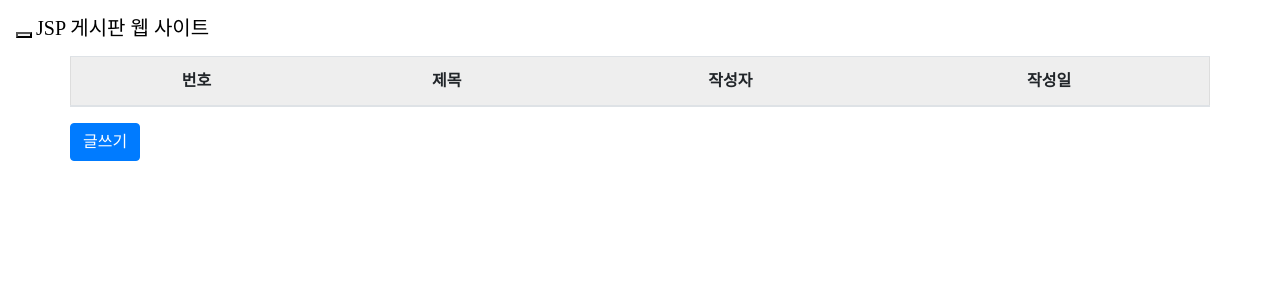
Repository: hz6450/2024-summer-jsp-notice-project
Page: http://localhost/BBS/BBS.jsp
These files come from the project's save history. The page is drawn as it stood at one moment and after the next save; the edit follows.
The browser window is 1280 px wide. The pictures show the whole page.
Some web fonts or font styles are not loaded; a fallback is used. Some web libraries are served in a nearby version. The page is served by Tomcat 10. Other server files are loaded and not shown. Queries for data that is not in the repository find no rows.

Above is the page before, as saved 2024-07-12 07:45:27.

### projects/BBS/src/main/webapp/BBS.jsp
<%@ page language="java" contentType="text/html; charset=UTF-8"
	pageEncoding="UTF-8"%>
<%@ page import="java.io.PrintWriter"%>
<%@ page import="bbs.BbsDAO"%>
<%@ page import="bbs.Bbs"%>
<%@ page import="java.util.ArrayList"%>
<!DOCTYPE html>
<html>

<head>
<meta charset="UTF-8">
<meta name="viewport" content="width=device-width" initial-scale="1">
<link rel="stylesheet" href="css/bootstrap.css">
<link rel="stylesheet" href="css/custom.css">
<title>jsp 게시판 웹 사이트</title>
<style type="text/css">
	a, a:hover{
	color:#000000;
	text-decoration: none;
	}
</style>
</head>

<body>
	<%
	String userID = null;
	if (session.getAttribute("userID") != null) {
		userID = (String) session.getAttribute("userID");

	}
	int pageNumber = 1;
	if (request.getParameter("pageNumber") != null) {
		pageNumber = Integer.parseInt(request.getParameter("pageNumber"));
	}
	%>
	<nav class="navbar navbar-default">
		<div class="navbar-header">
			<button type="button" class="navbar-toggle" data-toggle="collapse"
				data-target="#bs-example-navbar-collapse-1" aria-expanded="false">
				<span class="icon-bar"></span> <span class="icon-bar"></span> <span
					class="icon-bar"></span>
			</button>
			<a class="navbar-brand" href="main.jsp">JSP 게시판 웹 사이트</a>
		</div>
		<div class="collapse navbar-collapse"
			id="bs-example-navbar-collapse-1">
			<ul class="nav navbar-nav">
				<li><a href="main.jsp">메인</a></li>
				<li class="active"><a href="BBS.jsp">게시판</a></li>
			</ul>
		</nav>
			<div class="container">
				<div class="row">
					<table class="table table-striped"
						style="text-align: center; border: 1px solid #dddddd;">
						<thead>
							<tr id="table-head">
								<th style="background-color: #eeeeee; text-align: center;">번호</th>
								<th style="background-color: #eeeeee; text-align: center;">제목</th>
								<th style="background-color: #eeeeee; text-align: center;">작성자</th>
								<th style="background-color: #eeeeee; text-align: center;">작성일</th>
							</tr>
						</thead>
						<tbody>
							<%
							BbsDAO bbsDAO = new BbsDAO();
							ArrayList<Bbs> list = bbsDAO.getList(pageNumber);
							for (int i = 0; i < list.size(); i++) {
							%>
							<tr>
								<td><%= list.get(i).getBbsId() %></td>
								<td><a href="view.jsp?bbsID=<%=list.get(i).getBbsId()%>">
										<%= list.get(i).getBbsTitle() %></a></td>
								<td><%= list.get(i).getUserID() %></td>
								<td><%= list.get(i).getBbsDate().substring(0, 11) + list.get(i).getBbsDate().substring(11, 13) + "시" + list.get(i).getBbsDate().substring(14, 16) + "분" %></td>
							</tr>
						</tbody>
						<%
						}
						%>

					</table>
					<%
						if(pageNumber != 1){
							%>
					<a href="BBS.jsp?pageNumber=<%=pageNumber -1 %>" class="btn btn-success btn-arrow-left">이전</a>

					<%
						}if(bbsDAO.nextPage(pageNumber + 1)){
							%>
					<a href="BBS.jsp?pageNumber=<%=pageNumber +1 %>" class="btn btn-success btn-arrow-left">다음</a>
					<%
						}
					%>
					<a href="write.jsp" class="btn btn-primary pull-right">글쓰기</a>
				</div>
			</div>

		</div>



	<script src="https://code.jquery.com/jquery-3.1.1.min.js"></script>
	<script src="js/bootstrap.js"></script>

</body>

</html>

### projects/BBS/src/main/java/bbs/BbsDAO.java
package bbs;

import java.sql.Connection;
import java.sql.DriverManager;
import java.sql.PreparedStatement;
import java.sql.ResultSet;
import java.util.ArrayList;

public class BbsDAO {

	private Connection conn;
	private ResultSet rs;

	public BbsDAO() {
		try {
			String dbURL = "jdbc:mysql://localhost:3306/BBS";
			String dbID = "root";
			String dbPassword = "6450";
			Class.forName("com.mysql.jdbc.Driver");
			conn = DriverManager.getConnection(dbURL, dbID, dbPassword);
		} catch (Exception e) {
			e.printStackTrace();
		}
	}

	public String getDate() {
		String SQL = "SELECT NOW()";
		try {
			PreparedStatement pstmt = conn.prepareStatement(SQL);
			rs = pstmt.executeQuery();
			if (rs.next()) {
				return rs.getString(1);
			}
		} catch (Exception e) {
			e.printStackTrace();
		}
		return "";
	}

	public int getNext() {
		String SQL = "SELECT bbsID FROM BBS ORDER BY bbsID DESC";
		try {
			PreparedStatement pstmt = conn.prepareStatement(SQL);
			rs = pstmt.executeQuery();
			if (rs.next()) {
				return rs.getInt(1) + 1;
			}
		} catch (Exception e) {
			e.printStackTrace();
		}
		return 1;
	}

	public int write(String bbsTitle, String userID, String bbsContent) {
		String SQL = "INSERT INTO BBS VALUE(?,?,?,?,?,?)";
		try {
			PreparedStatement pstmt = conn.prepareStatement(SQL);

			pstmt.setInt(1, getNext());
			pstmt.setString(2, bbsTitle);
			pstmt.setString(3, userID);
			pstmt.setString(4, getDate());
			pstmt.setString(5, bbsContent);
			pstmt.setInt(6, 1);

			return pstmt.executeUpdate();
		} catch (Exception e) {
			e.printStackTrace();
		}
		return -1;
	}

	public ArrayList<Bbs> getList(int pageNumber) {
		String SQL = "SELECT * From BBS WHERE bbsID < ? AND bbsAvailable = 1 ORDER BY bbsID DESC LIMIT 10";
		ArrayList<Bbs> list = new ArrayList<Bbs>();
		try {
			PreparedStatement pstmt = conn.prepareStatement(SQL);
			pstmt.setInt(1, getNext() - (pageNumber - 1) * 10);
			rs = pstmt.executeQuery();
			while (rs.next()) {
				Bbs bbs = new Bbs();
				bbs.setBbsId(rs.getInt(1));
				bbs.setBbsTitle(rs.getString(2));
				bbs.setUserID(rs.getString(3));
				bbs.setBbsDate(rs.getString(4));
				bbs.setBbsContent(rs.getString(5));
				bbs.setBbsAvailable(rs.getInt(6));
				list.add(bbs);
			}
		} catch (Exception e) {
			e.printStackTrace();
		}
		return list;
	}

	public boolean nextPage(int pageNumber) {
		String SQL = "SELECT * From BBS WHERE bbsID < ? AND bbsAvailable = 1 ORDER BY bbsID DESC LIMIT 10";
		try {
			PreparedStatement pstmt = conn.prepareStatement(SQL);
			pstmt.setInt(1, getNext() - (pageNumber - 1) * 10);
			rs = pstmt.executeQuery();
			if (rs.next()) {
				return true;
			}
		} catch (Exception e) {
			e.printStackTrace();
		}
		return false;
	}

	public Bbs getBbs(int bbsID) {
		String SQL = "SELECT * FROM BBS WHERE bbsID = ?";
		try {
			PreparedStatement pstmt = conn.prepareStatement(SQL);
			pstmt.setInt(1, bbsID);
			rs = pstmt.executeQuery();
			if (rs.next()) {
				Bbs bbs = new Bbs();
				bbs.setBbsId(rs.getInt(1));
				bbs.setBbsTitle(rs.getString(2));
				bbs.setUserID(rs.getString(3));
				bbs.setBbsDate(rs.getString(4));
				bbs.setBbsContent(rs.getString(5));
				bbs.setBbsAvailable(rs.getInt(6));
				return bbs;
			}
		} catch (Exception e) {
			e.printStackTrace();
		}
		return null;
	}

	public int update(int bbsID, String bbsTitle, String bbsContent) {
		String SQL = "UPDATE BBS SET bbsTitle = ?, bbsContent= ? WHERE bbsID = ?";
		try {
			PreparedStatement pstmt = conn.prepareStatement(SQL);

			pstmt.setString(1, bbsTitle);
			pstmt.setString(2, bbsContent);
			pstmt.setInt(3, bbsID);

			return pstmt.executeUpdate();
		} catch (Exception e) {
			e.printStackTrace();
		}
		return -1;
	}

	public int delete(int bbsID) {
		String SQL = "UPDATE BBS SET bbsAvailable=0 WHERE bbsID = ?";
		try {
			PreparedStatement pstmt = conn.prepareStatement(SQL);
			pstmt.setInt(1, bbsID);

			return pstmt.executeUpdate();
		} catch (Exception e) {
			e.printStackTrace();
		}
		return -1;
	}
}

### projects/BBS/src/main/webapp/css/custom.css
@import url(http://fonts.googleapis.com/earlyaccess/nanumgothic.css);
@import url(http://fonts.googleapis.com/earlyaccess/hanna.css);
* {
	font-family : "Nanum Gothic";
}
h1 {
	font-family : "Hanna";
}
#table-head {
	background-color: skyblue;
}

Loaded but not shown: projects/BBS/src/main/webapp/css/bootstrap.css (library); projects/BBS/src/main/webapp/js/bootstrap.js (library)

After the next save:
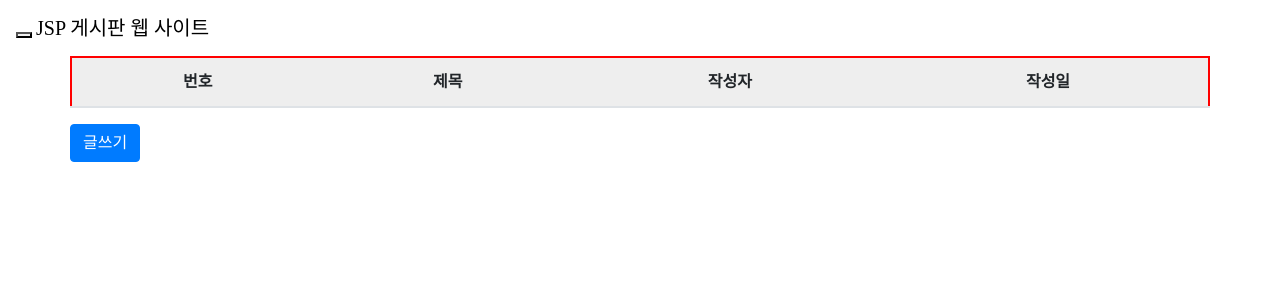
Saved 14 s later.
--- a/projects/BBS/src/main/webapp/css/custom.css
+++ b/projects/BBS/src/main/webapp/css/custom.css
@@ -8,4 +8,5 @@
 }
 #table-head {
 	background-color: skyblue;
+	border: red 2px solid;
 }

After the 2 saves that followed:
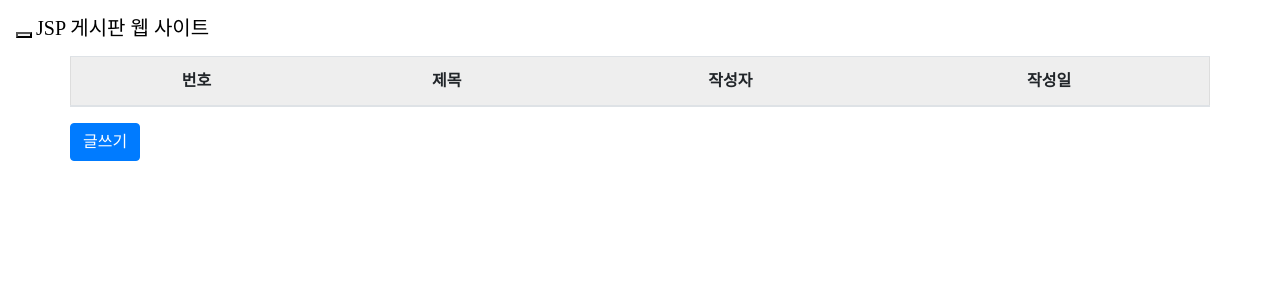
The 2 saves are shown as one change because 1 left the picture as it was.
The last was saved 52 s later.
--- a/projects/BBS/src/main/webapp/BBS.jsp
+++ b/projects/BBS/src/main/webapp/BBS.jsp
@@ -53,8 +53,8 @@
 				<div class="row">
 					<table class="table table-striped"
 						style="text-align: center; border: 1px solid #dddddd;">
-						<thead>
-							<tr id="table-head">
+						<thead id="table-head">
+							<tr >
 								<th style="background-color: #eeeeee; text-align: center;">번호</th>
 								<th style="background-color: #eeeeee; text-align: center;">제목</th>
 								<th style="background-color: #eeeeee; text-align: center;">작성자</th>
--- a/projects/BBS/src/main/webapp/css/custom.css
+++ b/projects/BBS/src/main/webapp/css/custom.css
@@ -6,7 +6,7 @@
 h1 {
 	font-family : "Hanna";
 }
-#table-head {
+table{
 	background-color: skyblue;
 	border: red 2px solid;
 }
